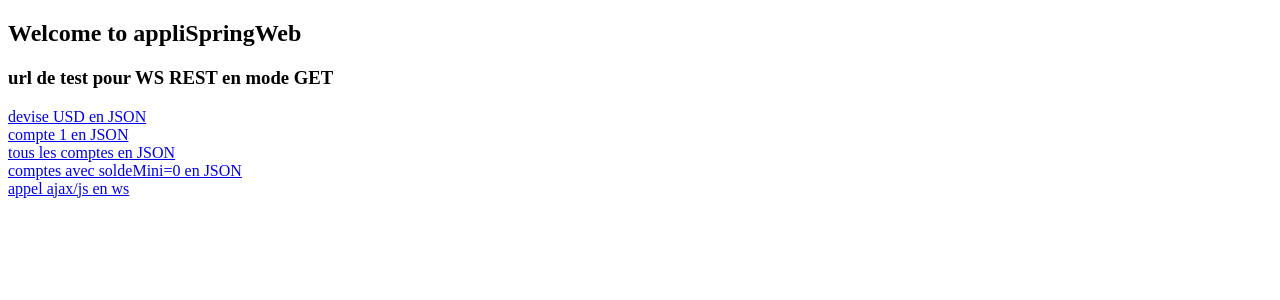
Repository: Anouar2EL/TP-JAVA-22-06-23
Page: appliSpringWeb/src/main/resources/static/index.html
An editor plug-in stored every save of this project. The page is shown before and after the next save, followed by the edit.
The browser window is 1280 px wide. The pictures show the whole page.

Above is the page before, as saved 2023-07-26 09:18:34.

After the next save:
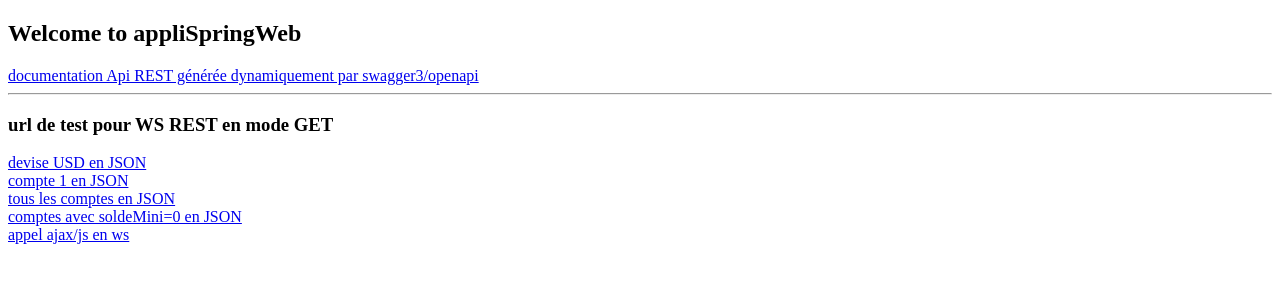
Saved 90 s later.
--- a/appliSpringWeb/src/main/resources/static/index.html
+++ b/appliSpringWeb/src/main/resources/static/index.html
@@ -6,6 +6,10 @@
 </head>
 <body>
 <h2>Welcome to  appliSpringWeb</h2>
+
+<a href="./doc-swagger.html">documentation Api REST générée dynamiquement par swagger3/openapi</a>
+
+<hr/>
 <h3> url de test pour WS REST en mode GET</h3>
 <a href="./api-devise/devise/USD">devise USD en JSON</a> <br/>
 <a href="./api-bank/compte/1">compte 1 en JSON</a> <br/>
@@ -13,5 +17,6 @@
    <a href="./api-bank/compte?soldeMini=0">comptes avec soldeMini=0 en JSON</a> <br/>
 
      <a href="compteAjax.html">appel ajax/js en ws</a> <br/>
+
 </body>
 </html>
